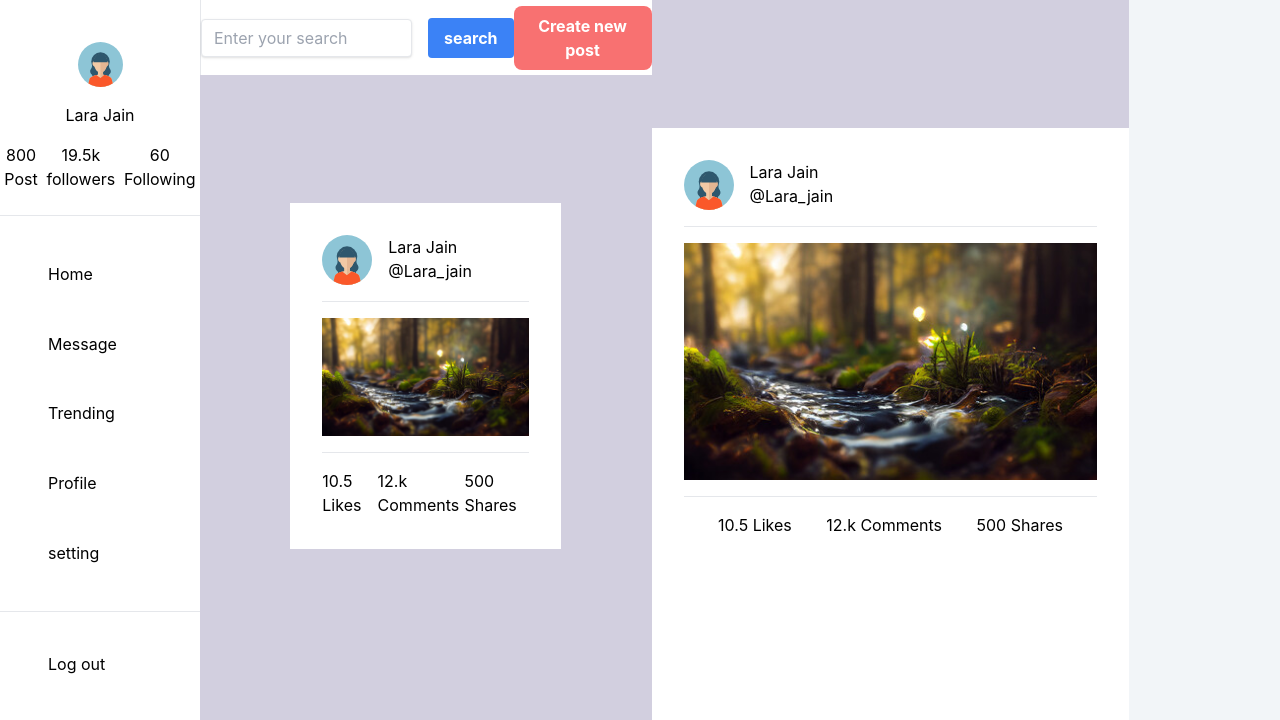
Repository: cosmicswati/upgrad-captions-project
Page: /
These files come from the project's save history. The page is drawn as it stood at one moment and after the next save; the edit follows.
The browser window is 1280 px wide. The pictures show the whole page.
The project was rebuilt for these pictures with package versions that can differ from the ones it lists, and the page was loaded fresh each time. Also part of the build but not shown: src/modules/Authorization/Form.jsx, src/modules/Authorization/index.js.

Above is the page before, as saved 2024-04-09 16:19:39.

### src/index.css
@tailwind base;
@tailwind components;
@tailwind utilities;

body {
  margin: 0;
  font-family: -apple-system, BlinkMacSystemFont, 'Segoe UI', 'Roboto', 'Oxygen',
    'Ubuntu', 'Cantarell', 'Fira Sans', 'Droid Sans', 'Helvetica Neue',
    sans-serif;
  -webkit-font-smoothing: antialiased;
  -moz-osx-font-smoothing: grayscale;
}

code {
  font-family: source-code-pro, Menlo, Monaco, Consolas, 'Courier New',
    monospace;
}

.scrollbar-hide::-webkit-scrollbar{
  display: none;
}

### src/App.js
import Auth from "./modules/Authorization";
import Home from "./modules/Home";


function App() {
  return (
    <div>
      {/* <Auth />  */}
      <Home />
    </div>
  );
}

export default App;

### src/modules/Home/index.js
import React from 'react'
import { ReactComponent as Avatar} from '../../assets/Avatar.svg'
import Input from '../../components/Input';
import Button from '../../components/Button';
import postImg from '../../assets/postImg.jpg'

const Home = () => {
  return (
    <div className='h-screen bg-[#d2cfdf]  flex overflow-hidden'>
        <div className='w-[20%] bg-white flex flex-col'>
            <div className='h-[30%] flex justify-center items-center border-b'>
                <div className='flex flex-col justify-center items-center'>
                    <Avatar width={'45px'} height={'45px'}/>
                    <p className='my-4'>Lara Jain</p>
                    <div className='h-[30px] flex justify-around w-[200px] text-center'>
                        <div className='flex flex-col justify-around items-center'>
                            <h4>800</h4>
                            <p>Post</p>
                        </div>
                        <div>
                            <h4>19.5k</h4>
                            <p>followers</p>
                        </div>
                        <div>
                            <h4>60</h4>
                            <p>Following</p>
                        </div>
                    </div>
                </div>
            </div>
            <div className='h-[55%] flex flex-col justify-evenly pl-12 border-b'>
                    <div>Home</div>
                    <div>Message</div>
                    <div>Trending</div>
                    <div>Profile</div>
                    <div>setting</div>
            </div>
            <div className='h-[15%] pt-10'>
                <div className='ml-12 cursor-pointer'>Log out</div>
            </div>
        </div>
        <div className='w-[60%] overflow-scroll h-full scrollbar-hide'>
            <div className='bg-white h-[75px] border-l flex justify-evenly items-center pt-4'>
                 <div className='flex justify-center items-center'>
                    <Input placeholder='Enter your search '/>
                    <Button label='search'  className='mb-4 ml-4'/>
                 </div>
                 <Button label='Create new post'  className='rounded-lg bg-red-400 hover:bg-red-500 mb-4'/>
            </div>
            <div className='bg-white w-[60%]  mx-auto mt-32 p-8'>
                <div className='border-b flex item-center pb-4 mb-4'>
                    <Avatar width={'50px'} height={'50px'} />
                   <div className='ml-4'>
                   <h3>Lara Jain</h3>
                    <p>@Lara_jain</p>
                   </div>
                </div>
                <div className='border-b pb-4 mb-4'>
                    <img src={postImg} width={'500px'}/>
                </div>
                <div className='flex justify-evenly mt-4'>
                    <div>10.5 Likes</div>
                    <div>12.k Comments</div>
                    <div>500 Shares</div>
                </div>
            </div>
        </div>
        <div className='bg-white w-[60%]  mx-auto mt-32 p-8'>
                <div className='border-b flex item-center pb-4 mb-4'>
                    <Avatar width={'50px'} height={'50px'} />
                   <div className='ml-4'>
                   <h3>Lara Jain</h3>
                    <p>@Lara_jain</p>
                   </div>
                </div>
                <div className='border-b pb-4 mb-4'>
                    <img src={postImg} width={'500px'}/>
                </div>
                <div className='flex justify-evenly mt-4'>
                    <div>10.5 Likes</div>
                    <div>12.k Comments</div>
                    <div>500 Shares</div>
                </div>
            </div>
        <div className='w-[20%] bg-[#F2F5F8]'></div>
    </div>
  )
}

export default Home

### src/components/Input/index.js
import React from 'react'

const Input = ({
    name = '',
    label ='',
    type ='',
    placeholder =''
}) => {
  return (
    <div class="mb-4">
        {
          label &&
          <label class="block text-gray-700 text-sm font-bold mb-2" for={name}>
             {label}
          </label>
        }

        <input class="shadow apperance-none border rounded w-full py-2 px-3
         text-gray-700 leading-tight focus:outline-none focus:shadow-outline"
         id={name} type={type} placeholder={placeholder} />

    </div>
  )

}

export default Input

### src/components/Button/index.js
import React from 'react'

const Button = ({
    label ='',
    className =''
}) => {
  return (
    <button className={`bg-blue-500 hover:bg-blue-700 text-white font-bold py-2 px-4 rounded ${className}`}>
      {label}
  </button>
  )
}

export default Button

### tailwind.config.js
/** @type {import('tailwindcss').Config} */
module.exports = {
 mode:'jit',
 purge: [
  './public/**/*.html',
  './src/**/*.{js,jsx,ts,tsx,vue}',
 ],
  content: [
    "./src/**/*.{js,jsx,ts,tsx}",
  ],
  theme: {
    extend: {},
  },
  plugins: [],
}

Loaded but not shown: public/index.html (common file); src/index.js (common file); src/reportWebVitals.js (common file)

After the next save:
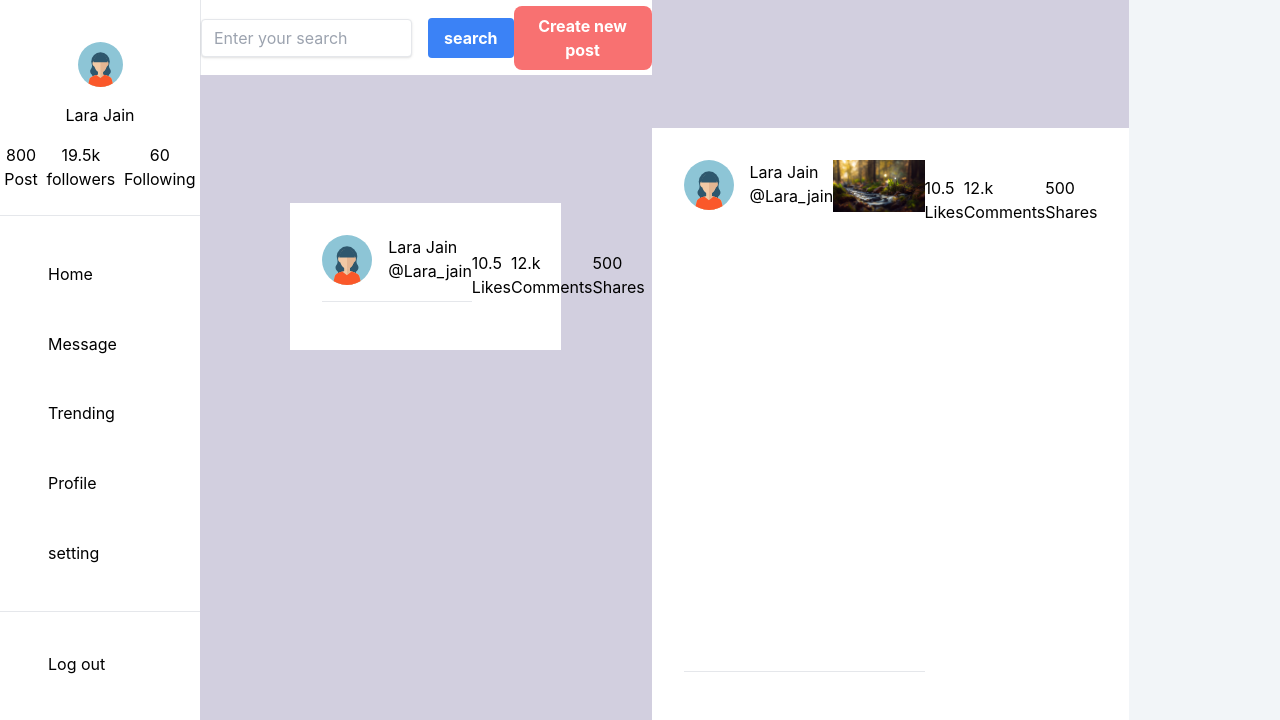
Saved 39 s later.
--- a/src/modules/Home/index.js
+++ b/src/modules/Home/index.js
@@ -47,7 +47,7 @@ const Home = () => {
                  </div>
                  <Button label='Create new post'  className='rounded-lg bg-red-400 hover:bg-red-500 mb-4'/>
             </div>
-            <div className='bg-white w-[60%]  mx-auto mt-32 p-8'>
+            <div className='bg-white w-[60%] flex mx-auto mt-32 p-8'>
                 <div className='border-b flex item-center pb-4 mb-4'>
                     <Avatar width={'50px'} height={'50px'} />
                    <div className='ml-4'>
@@ -65,7 +65,7 @@ const Home = () => {
                 </div>
             </div>
         </div>
-        <div className='bg-white w-[60%]  mx-auto mt-32 p-8'>
+        <div className='bg-white w-[60%] flex mx-auto mt-32 p-8'>
                 <div className='border-b flex item-center pb-4 mb-4'>
                     <Avatar width={'50px'} height={'50px'} />
                    <div className='ml-4'>

After the save that followed:
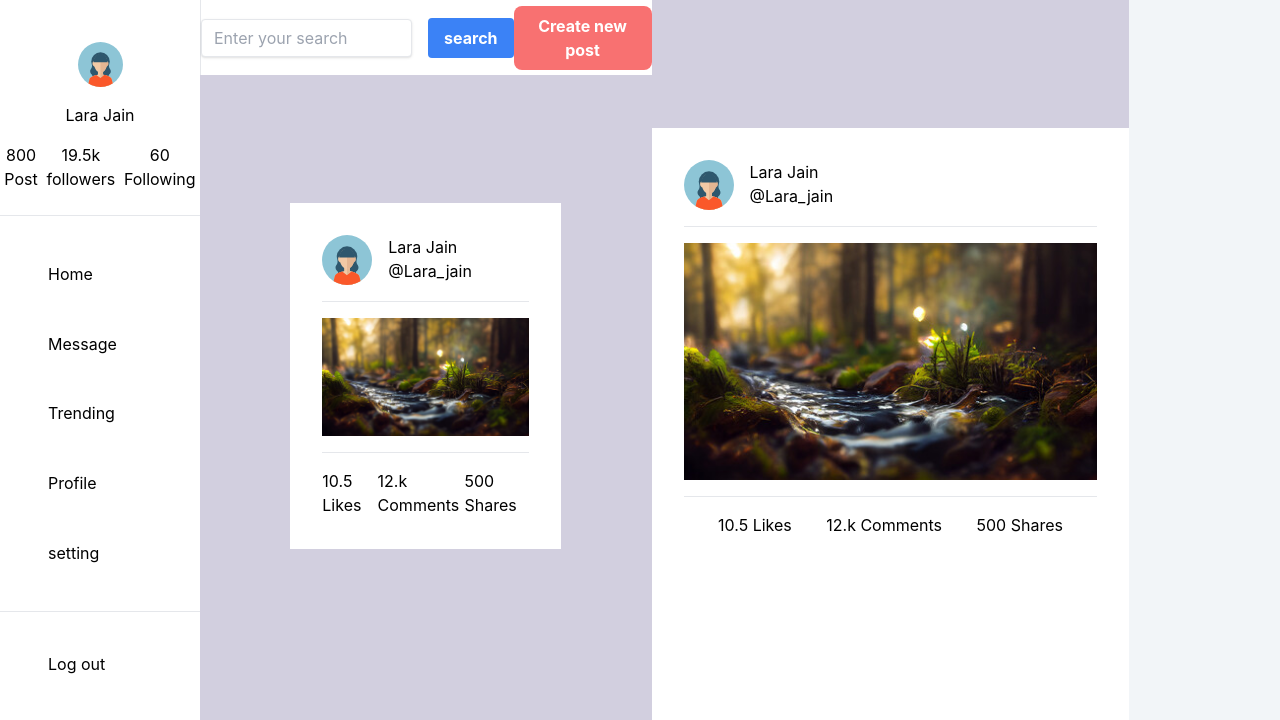
Saved 54 s later.
--- a/src/modules/Home/index.js
+++ b/src/modules/Home/index.js
@@ -47,7 +47,7 @@ const Home = () => {
                  </div>
                  <Button label='Create new post'  className='rounded-lg bg-red-400 hover:bg-red-500 mb-4'/>
             </div>
-            <div className='bg-white w-[60%] flex mx-auto mt-32 p-8'>
+            <div className='bg-white w-[60%]  mx-auto mt-32 p-8'>
                 <div className='border-b flex item-center pb-4 mb-4'>
                     <Avatar width={'50px'} height={'50px'} />
                    <div className='ml-4'>
@@ -65,7 +65,7 @@ const Home = () => {
                 </div>
             </div>
         </div>
-        <div className='bg-white w-[60%] flex mx-auto mt-32 p-8'>
+        <div className='bg-white w-[60%]  mx-auto mt-32 p-8'>
                 <div className='border-b flex item-center pb-4 mb-4'>
                     <Avatar width={'50px'} height={'50px'} />
                    <div className='ml-4'>
